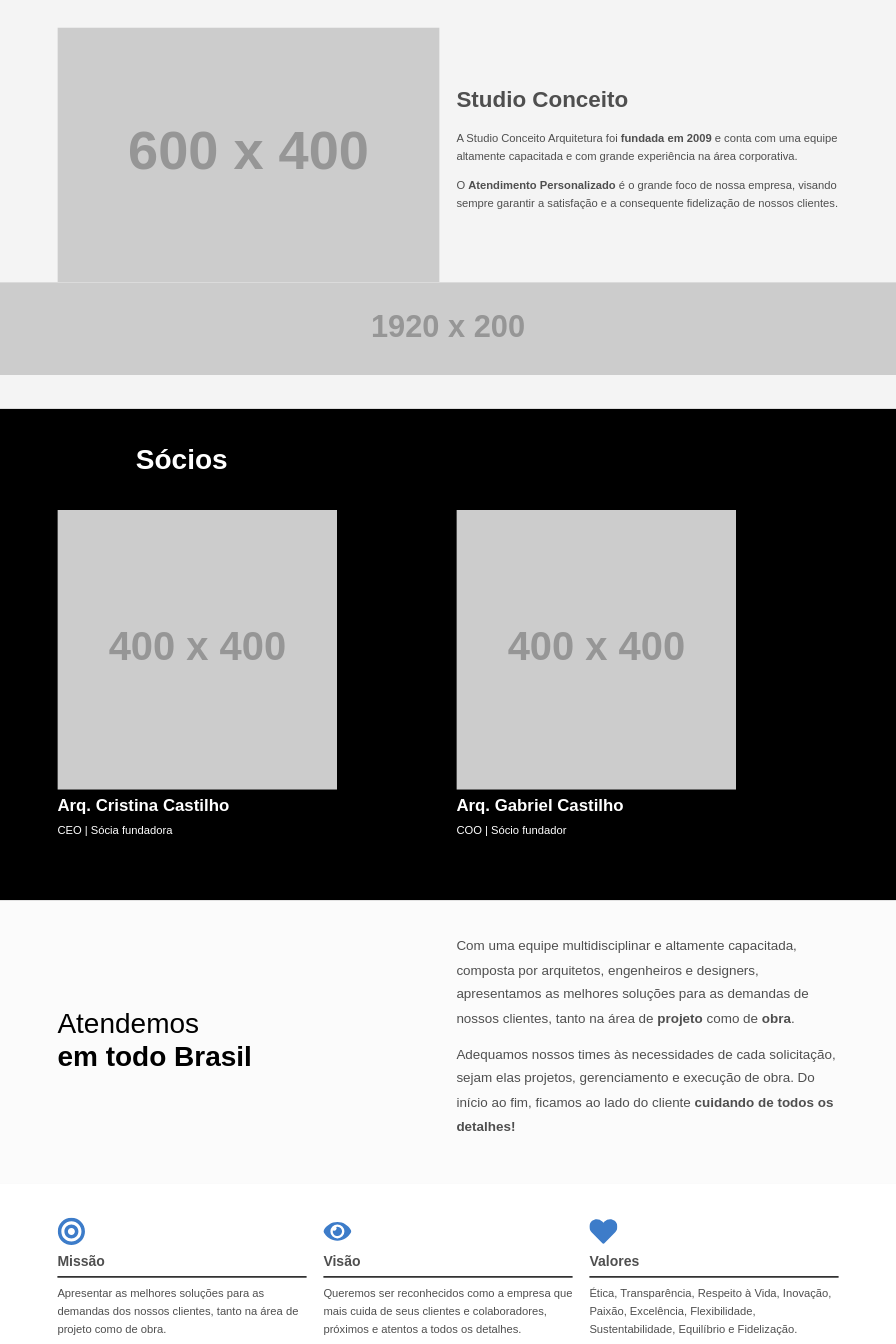
Repository: Upstairs-Agencia/studio-conceito-react
Page: /quem-somos
The author's editor kept a copy of each file at every save. The page is drawn from the files as they stood at one save, then again after the next save.
The browser window is 1280 px wide. The pictures show the part of the page from y = 403 to 2323 px (the page is 2591 px tall), at 70% of full size.
The project was rebuilt for these pictures with package versions that can differ from the ones it lists, and the page was loaded fresh each time. Also part of the build but not shown: src/pages/Home.js, src/pages/Servicos.js, src/styles/cases.css, src/pages/Cases.js, src/pages/Blog.js, src/pages/Clientes.js, src/pages/Contato.js.

Above is the page before, as saved 2024-12-29 12:17:06.

### public/index.html
<!DOCTYPE html>
<html lang="en">
  <head>
    <meta charset="utf-8" />
    <link rel="icon" href="%PUBLIC_URL%/favicon.ico" />
    <meta name="viewport" content="width=device-width, initial-scale=1" />
    <meta name="theme-color" content="#000000" />
    <meta
      name="description"
      content="Web site created using create-react-app"
    />
    <link rel="apple-touch-icon" href="%PUBLIC_URL%/logo192.png" />
    <!--
      manifest.json provides metadata used when your web app is installed on a
      user's mobile device or desktop. See https://developers.google.com/web/fundamentals/web-app-manifest/
    -->
    <link rel="manifest" href="%PUBLIC_URL%/manifest.json" />
    <!--
      Notice the use of %PUBLIC_URL% in the tags above.
      It will be replaced with the URL of the `public` folder during the build.
      Only files inside the `public` folder can be referenced from the HTML.

      Unlike "/favicon.ico" or "favicon.ico", "%PUBLIC_URL%/favicon.ico" will
      work correctly both with client-side routing and a non-root public URL.
      Learn how to configure a non-root public URL by running `npm run build`.
    -->
    <title>Studio Conceito</title>
  </head>
  <body>
    <noscript>You need to enable JavaScript to run this app.</noscript>
    <div id="root"></div>
    <!--
      This HTML file is a template.
      If you open it directly in the browser, you will see an empty page.

      You can add webfonts, meta tags, or analytics to this file.
      The build step will place the bundled scripts into the <body> tag.

      To begin the development, run `npm start` or `yarn start`.
      To create a production bundle, use `npm run build` or `yarn build`.
    -->
  </body>
</html>

### src/index.js

import React from 'react';
import ReactDOM from 'react-dom';
import App from './App';
import 'mdb-react-ui-kit/dist/css/mdb.min.css'; // MDB styles
import './index.css'; // Global styles

ReactDOM.render(
  <React.StrictMode>
    <App />
  </React.StrictMode>,
  document.getElementById('root')
);

### src/App.js

import React from 'react';
import { BrowserRouter as Router, Routes, Route } from 'react-router-dom';
import Home from './pages/Home';
import QuemSomos from './pages/QuemSomos';
import Servicos from './pages/Servicos';
import Cases from './pages/Cases';
import Blog from './pages/Blog';
import Clientes from './pages/Clientes';
import Contato from './pages/Contato';

function App() {
  return (
    <Router>
      <Routes>
        <Route path="/" element={<Home />} />
        <Route path="/quem-somos" element={<QuemSomos />} />
        <Route path="/servicos" element={<Servicos />} />
        <Route path="/cases" element={<Cases />} />
        <Route path="/blog" element={<Blog />} />
        <Route path="/clientes" element={<Clientes />} />
        <Route path="/contato" element={<Contato />} />
      </Routes>
    </Router>
  );
}

export default App;

### src/index.css

body {
  margin: 0;
  font-family: Arial, sans-serif;
  background-color: #f4f4f4;
}

### src/pages/QuemSomos.js
import React from "react";
import Navbar from "../components/navbar"; // Importando o componente Navbar
import { MDBContainer, MDBRow, MDBCol } from "mdb-react-ui-kit";
import { FaBullseye, FaEye, FaHeart } from "react-icons/fa";

import Footer from "../components/footer";
import "../styles/quemsomos.css";

export default function QuemSomos() {
  return (
    <>
      {/* Navbar */}
      <Navbar />

      {/* Seção de cabeçalho do quem somos */}
      <section className="bg-black text-white py-5">
        <MDBContainer>
          <MDBRow className="align-items-center">
            <MDBCol md="6">
              <h1 className="fw-bold">Quem somos</h1>
            </MDBCol>
            <MDBCol md="6" className="text-end">
              <img
                src="https://placehold.co/200x150" // Imagem maior para seguir o padrão original
                alt="Padrão gráfico"
                style={{ maxWidth: "200px", marginRight: "4rem" }}
              />
            </MDBCol>
          </MDBRow>
        </MDBContainer>
      </section>

      {/* Quem Somos Section */}
      <section className="py-5 ">
        <MDBContainer>
          <MDBRow className="align-items-center">
            <MDBCol md="6">
              <img
                src="https://via.placeholder.com/600x400"
                alt="Studio Conceito"
                className="img-fluid"
              />
            </MDBCol>
            <MDBCol md="6">
              <h2 className="fw-bold mb-4">Studio Conceito</h2>
              <p>
                A Studio Conceito Arquitetura foi{" "}
                <strong>fundada em 2009</strong> e conta com uma equipe
                altamente capacitada e com grande experiência na área
                corporativa.
              </p>
              <p>
                O <strong>Atendimento Personalizado</strong> é o grande foco de
                nossa empresa, visando sempre garantir a satisfação e a
                consequente fidelização de nossos clientes.
              </p>
            </MDBCol>
          </MDBRow>

        </MDBContainer>
        <img
            src="https://via.placeholder.com/1920x200"
            alt="Studio Conceito"
            className="img-fluid"
        />
      </section>

      {/* Sócios Section */}
      <section className="py-5 socios text-white">
        <MDBContainer>
          <h1 className="text-left titulosocios fw-bold mb-5">Sócios</h1>
          <MDBRow className="text-left">
            <MDBCol md="6" className="mb-4">
              <div className="team-member">
                <img
                  src="https://via.placeholder.com/400x400"
                  alt="Arq. Cristina Castilho"
                  className="img-fluid mb-2"
                />
                <h4 className="fw-bold">Arq. Cristina Castilho</h4>
                <p>CEO | Sócia fundadora</p>
              </div>
            </MDBCol>
            <MDBCol md="6" className="mb-4">
              <div className="team-member">
                <img
                  src="https://via.placeholder.com/400x400"
                  alt="Arq. Gabriel Castilho"
                  className="img-fluid mb-2"
                />
                <h4 className="fw-bold">Arq. Gabriel Castilho</h4>
                <p>COO | Sócio fundador</p>
              </div>
            </MDBCol>
          </MDBRow>
        </MDBContainer>
      </section>

      {/* Atendemos em todo Brasil Section */}
      <section className="py-5 bg-light">
        <MDBContainer>
          <MDBRow className="align-items-center">
            <MDBCol md="6" className="title-container">
              <h1 className="atendemos-title">Atendemos</h1>
              <h1 className="brasil-title">em todo Brasil</h1>
            </MDBCol>
            <MDBCol md="6">
              <p className="text-large">
                Com uma equipe multidisciplinar e altamente capacitada, composta
                por arquitetos, engenheiros e designers, apresentamos as
                melhores soluções para as demandas de nossos clientes, tanto na
                área de <span className="fw-bold">projeto</span> como de{" "}
                <span className="fw-bold">obra</span>.
              </p>
              <p className="text-large">
                Adequamos nossos times às necessidades de cada solicitação,
                sejam elas projetos, gerenciamento e execução de obra. Do início
                ao fim, ficamos ao lado do cliente{" "}
                <span className="fw-bold">cuidando de todos os detalhes!</span>
              </p>
            </MDBCol>
          </MDBRow>
        </MDBContainer>
      </section>

      {/* Missão, Visão e Valores Section */}
      <section className="py-5 bg-white">
        <MDBContainer>
          <MDBRow className="text-center mission-row">
            <MDBCol md="4" className="mission-col">
              <div className="icon-container">
                <FaBullseye size={40} color="#3d7cc9" />
              </div>
              <h5 className="fw-bold">Missão</h5>
              <div className="divider"></div>
              <p>
                Apresentar as melhores soluções para as demandas dos nossos
                clientes, tanto na área de projeto como de obra.
              </p>
            </MDBCol>
            <MDBCol md="4" className="mission-col">
              <div className="icon-container">
                <FaEye size={40} color="#3d7cc9" />
              </div>
              <h5 className="fw-bold">Visão</h5>
              <div className="divider"></div>
              <p>
                Queremos ser reconhecidos como a empresa que mais cuida de seus
                clientes e colaboradores, próximos e atentos a todos os
                detalhes.
              </p>
            </MDBCol>
            <MDBCol md="4" className="mission-col">
              <div className="icon-container">
                <FaHeart size={40} color="#3d7cc9" />
              </div>
              <h5 className="fw-bold">Valores</h5>
              <div className="divider"></div>
              <p>
                Ética, Transparência, Respeito à Vida, Inovação, Paixão,
                Excelência, Flexibilidade, Sustentabilidade, Equilíbrio e
                Fidelização.
              </p>
            </MDBCol>
          </MDBRow>
        </MDBContainer>

        <Footer />
      </section>
    </>
  );
}

### src/components/navbar.js
import React, { useState } from "react";

import Logo from "../images/logoBlack.png";

import {
  MDBNavbar,
  MDBNavbarBrand,
  MDBContainer,
} from "mdb-react-ui-kit";
import { FaLinkedin, FaInstagram, FaPinterest, FaBars } from "react-icons/fa";
import { IoIosClose } from "react-icons/io";
import { Link } from "react-router-dom";

import SeloGptw from "../images/selo-gptw.png";

const Navbar = () => {
  const [showMenu, setShowMenu] = useState(false);

  return (
    <>
      {/* Navbar */}
      <MDBNavbar dark bgColor="white" className="py-4 px-5">
        <MDBContainer fluid className="d-flex justify-content-between align-items-center">
          {/* Logo */}
          <MDBNavbarBrand href="#" className="ms-5">
            <img
              src={Logo}
              alt="Logo"
              style={{ maxHeight: "90px", marginLeft: "12vw"}}
            />
          </MDBNavbarBrand>

          {/* Social Icons and Menu Toggle */}
          <div className="d-flex align-items-center">
            {/* Social Icons */}
            <div className="d-flex gap-3 me-3">
              <button className="btn btn-light rounded-circle p-2">
                <FaLinkedin size={30} />
              </button>
              <button className="btn btn-light rounded-circle p-2">
                <FaInstagram size={30} />
              </button>
              <button className="btn btn-light rounded-circle p-2">
                <FaPinterest size={30} />
              </button>
            </div>

            {/* FaBars Icon for Sidebar */}
            <button
              className="btn rounded-circle p-2"
              style={{
                background: "none",
                border: "none",
                cursor: "pointer",
              }}
              onClick={() => setShowMenu(!showMenu)}
            >
              <FaBars size={20} color="black" />
            </button>
          </div>
        </MDBContainer>
      </MDBNavbar>

      {/* Sidebar Menu */}
      {showMenu && (
        <div
          className="position-fixed top-0 end-0 bg-white vh-100 vw-350 shadow-lg d-flex flex-column"
          style={{ zIndex: 1050, width: "500px" }}
        >
          <div className="d-flex justify-content-end p-3">
            {/* Close Button */}
            <button
              className="p-0"
              style={{
                background: "none",
                border: "none",
                cursor: "pointer",
              }}
              onClick={() => setShowMenu(false)}
            >
              <IoIosClose size={40} />
            </button>
          </div>





          <div className="p-4 flex-grow-1">
            {/* Menu Items */}
            <ul className="list-unstyled">
              {[
                { label: "Home", link: "/" },
                { label: "Quem somos", link: "/quem-somos" },
                { label: "Serviços", link: "/servicos" },
                { label: "Cases", link: "/cases" },
                { label: "Blog", link: "/blog" },
                { label: "Clientes", link: "/clientes" },
                { label: "Contato", link: "/contato" },
              ].map((item, index) => (
                <li key={index} className="py-2">
                  <Link
                    to={item.link}
                    className="text-decoration-none fs-6"
                    style={{
                      transition: "all 0.3s ease-in-out", // Transição suave
                      color:"black"
                    }}
                    onMouseOver={(e) => {
                      e.currentTarget.style.color = "#FF7F30"; // Altera a cor
                      e.currentTarget.style.fontWeight = "bold"; // Negrito
                    }}
                    onMouseOut={(e) => {
                      e.currentTarget.style.color = "black"; // Retorna à cor original
                      e.currentTarget.style.fontWeight = "normal"; // Retira o negrito
                    }}
                  >
                    {item.label}
                  </Link>
                </li>
              ))}
            </ul>
          </div>



          {/* Footer Section */}
          <div className="d-flex justify-content-between align-items-center px-4 pb-4">
            {/* Social Icons */}
            <div className="d-flex gap-3">
              <button className="btn btn-dark rounded-circle p-2">
                <FaLinkedin size={20} color="white" />
              </button>
              <button className="btn btn-dark rounded-circle p-2">
                <FaInstagram size={20} color="white" />
              </button>
              <button className="btn btn-dark rounded-circle p-2">
                <FaPinterest size={20} color="white" />
              </button>
            </div>

            {/* Placeholder Image */}
            <img
              src={SeloGptw}
              alt="Great Place to Work"
              style={{ maxHeight: "200px", marginBottom: "4rem" }}
            />
          </div>
        </div>
      )}
    </>
  );
};

export default Navbar;

### src/components/footer.js
import React from "react";
import { MDBFooter, MDBContainer, MDBRow, MDBCol } from "mdb-react-ui-kit";
import Logo from "../images/logoBlack.png";
import "../styles/footer.css";

const Footer = () => {
  return (
    <MDBFooter className="footer-container text-center text-white">
      <MDBContainer className="p-4 footer-content">

        <MDBRow className="content-signature">
            {/* Logo e Nome */}
            <MDBCol md="4" className="mb-4 footer-left">
                <img
                    src={Logo}
                    alt="Studio Conceito Logo"
                    className="footer-logo"
                />

                {/* Navegação */}
                <MDBCol md="4" className="mb-3 footer-center">
                    <nav className="footer-nav">
                        <a href="/">Home</a>
                        <a href="/quem-somos"> Quem somos </a>
                        <a href="/servicos">Serviços</a>
                        <a href="/cases">Cases</a>
                        <a href="/blog">Blog</a>
                        <a href="/clientes">Clientes</a>
                        <a href="/contato" className="footerHighlight">
                            Contato
                        </a>
                    </nav>
                </MDBCol>

            </MDBCol>

            {/* Direitos Reservados */}
            <MDBCol md="4" className="mb-4 footer-right">
                <p className="mb-0">2023 &copy; Todos os direitos reservados</p>
            </MDBCol>

        </MDBRow>



      </MDBContainer>
    </MDBFooter>
  );
};

export default Footer;

### src/styles/quemsomos.css
.socios{
    background-color: #000;
}

.titulosocios{
    margin-left: 7rem;
}

/* Título: Atendemos em todo Brasil */
.title-container {
    text-align: left;
  }

  .atendemos-title {
    font-size: 2.5rem;
    font-weight: normal;
    color: #000;
  }

  .brasil-title {
    font-size: 2.5rem;
    font-weight: bold;
    color: #000;
    margin-top: -10px; /* Para aproximar os textos */
  }

  /* Texto em letras maiores */
  .text-large {
    font-size: 1.2rem;
    line-height: 1.8;
    text-align: left;
  }

  /* Missão, Visão e Valores */
  .mission-row {
    justify-content: space-between;
  }

  .mission-col {
    text-align: left;
    max-width: 400px;
  }

  .icon-container {
    margin-bottom: 10px;
  }

  .divider {
    width: 100%;
    height: 2px;
    background-color: #000;
    margin: 10px auto;
  }

  /* Responsividade */
  @media (max-width: 768px) {
    .atendemos-title,
    .brasil-title {
      font-size: 2rem;
    }

    .text-large {
      font-size: 1rem;
    }

    .mission-col {
      max-width: 100%;
    }
  }

### src/styles/footer.css
.footer-container {
    background-color: white;
    height: 25vh !important; /* Ocupa 30% da altura da tela */
    display: flex;
    justify-content: center;
    align-items: center;
    color: black;
    font-family: Arial, sans-serif;
    margin: 1rem 0;
  }

  .footer-content {
    height: 100%; /* Garante que o conteúdo ocupe toda a altura do footer */
  }

  .content-signature{
    display: flex;
    flex-direction: row;
  }

  .footer-left {
    display: flex;
    flex-direction: column;
  }

  .footer-logo {
    max-width: 40%; /* Aumenta a imagem para 40% de seu tamanho */
    margin-bottom: 10px;
  }


  .footer-center {
    text-align: center;
    margin: 2rem 0;
  }

  .footer-nav{
    display: flex;
    flex-direction: row;
    justify-content: space-around;
    width:35vw;

  }

  .footerHighlight {
    color: #ff6600 !important;
  }

  .footer-nav a {
    margin: 1px 1rem;
    text-decoration: none;
    color: #000;
    font-size: 1rem;
    transition: color 0.3s ease;
  }

  .footer-nav a:hover {
    color: #ff6600;
  }



  .footer-right {
    text-align: center;
    display: flex;
    justify-content: center;
    align-items: center;
    margin-left: 20vw;
    font-size: 0.9rem;
    color: #000;
  }

After the next save:
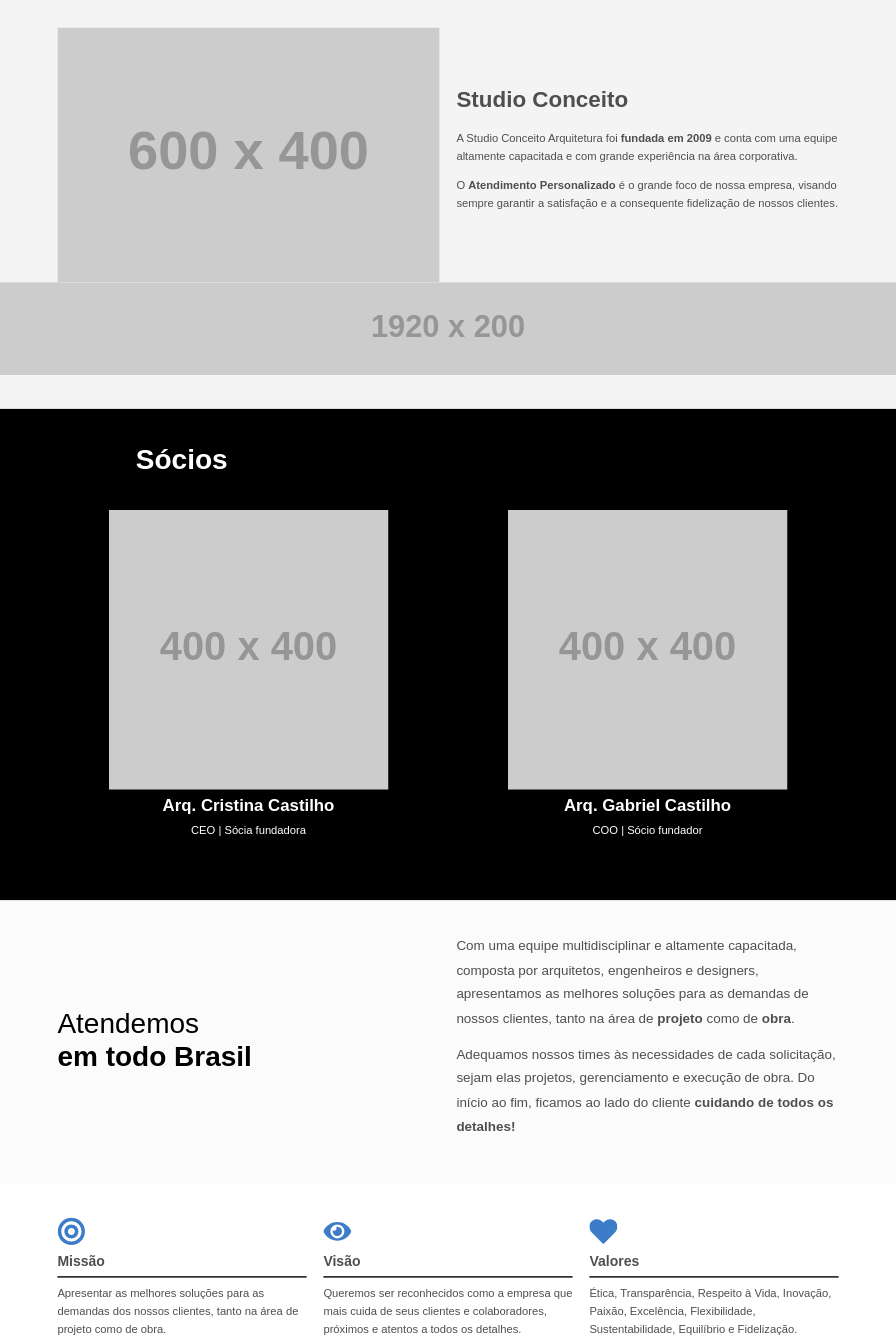
Saved 6 s later.
--- a/src/pages/QuemSomos.js
+++ b/src/pages/QuemSomos.js
@@ -69,7 +69,7 @@
       <section className="py-5 socios text-white">
         <MDBContainer>
           <h1 className="text-left titulosocios fw-bold mb-5">Sócios</h1>
-          <MDBRow className="text-left">
+          <MDBRow className="text-center">
             <MDBCol md="6" className="mb-4">
               <div className="team-member">
                 <img
